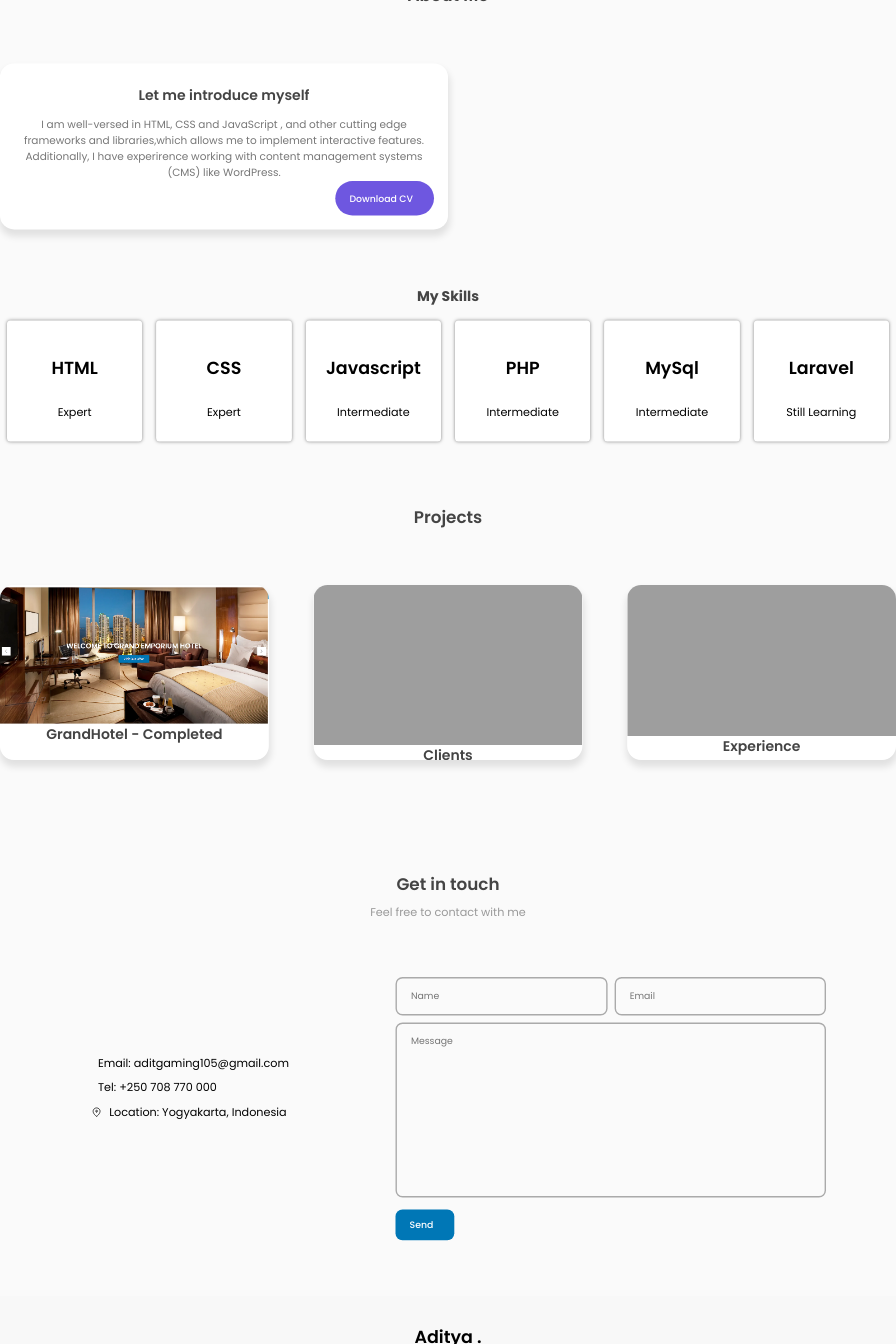
Repository: 4Kbrain/Portofolio
Page: index.html
An editor plug-in stored every save of this project. The page is shown before and after the next save, followed by the edit.
The browser window is 1280 px wide. The pictures show the part of the page from y = 824 to 2744 px (the page is 3000 px tall), at 70% of full size.
Pictures or frames that could not be fetched are drawn as grey boxes. Some icons come from a web library that is not loaded, so they are not drawn.

Above is the page before, as saved 2024-05-15 17:29:26.
Console error: ReferenceError: ScrollReveal is not defined

### index.html
<!DOCTYPE html>
<html lang="en">

<head>
    <meta charset="UTF-8">
    <meta name="viewport" content="width=device-width, initial-scale=1.0">
    <link rel="stylesheet" href="https://unicons.iconscout.com/release/v4.0.8/css/line.css">
    <link rel="stylesheet" href="assets/css/style.css">
    <link rel="shortcut icon" href="assets/img/favicon.png" type="image/x-icon">

    <title>Portfolio | Aditya</title>
</head>

<body>

    <div class="container">
        <!-- header -->
        <nav id="header">
            <div class="nav-logo">
                <a href="#home">
                    <p class="nav-name">Aditya</p>
                    <span>.</span>
                </a>
            </div>
            <div class="nav-menu" id="myNavMenu">
                <ul class="nav_menu_list">
                    <li class="nav_list">
                        <a href="#home" class="nav-link active-link">Home</a>
                        <div class="circle"></div>
                    </li>
                    <li class="nav_list">
                        <a href="#about" class="nav-link">About</a>
                        <div class="circle"></div>
                    </li>
                    <li class="nav_list">
                        <a href="#projects" class="nav-link">Projects</a>
                        <div class="circle"></div>
                    </li>
                    <li class="nav_list">
                        <a href="#contact" class="nav-link">Contact</a>
                        <div class="circle"></div>
                    </li>
                </ul>
            </div>
            <div class="nav-button">
                <a id="downloadCVButton" href="assets/CV/Aditya%20CV.pdf" download="CV.pdf" class="btn">Download CV <i
                        class="uil uil-file-alt"></i></a>
            </div>
            <div class="nav-menu-btn">
                <i class="uil uil-bars" onclick="myMenuFunction()"></i>
            </div>
        </nav>

        <!-- -------------- MAIN ---------------- -->
        <main class="wrapper">
            <!-- -------------- FEATURED BOX ---------------- -->
            <section class="featured-box" id="home">
                <div class="featured-text">
                    <div class="featured-text-card">
                        <span>Aditya Dwi Nugroho</span>
                    </div>
                    <div class="featured-name">
                        <p>I'm <span class="typedText"></span></p>
                    </div>
                    <div class="featured-text-info">
                        <p>I'm a beginner web developer with a passion for creating fully responsive websites. I'm eager to learn and grow in both front-end and back-end development.
                        </p>
                    </div>
                    <div class="featured-text-btn">
                        <button class="btn blue-btn">Contact Me</button>
                        <a id="downloadCVButton" href="assets/CV/Aditya%20CV.pdf" download="CV.pdf" class="btn">Download CV <i class="uil uil-file-alt"></i></a>

                    </div>
                    <div class="social_icons">
                        <div class="icon"><a href="https://www.instagram.com/allen.adityadn/"><i class="uil uil-instagram"></i></a></div>
                        <div class="icon"><a href="https://wa.me/0895339926715"><i class="uil uil-whatsapp"></i></a></div>
                        <div class="icon"><a href="https://github.com/4Kbrain"><i class="uil uil-github-alt"></i></a></div>

                    </div>
                </div>
                <div class="featured-image">
                    <div class="image">
                        <img src="assets/img/avatar.png" alt="avatar">
                    </div>
                </div>

    </div>

    </section>
    <!-- -------------- ABOUT BOX ---------------- -->
    <section class="section" id="about">
        <div class="top-header">
            <h1>About Me</h1>
        </div>
        <div class="row">
            <div class="col">
                <div class="about-info">
                    <h3>Let me introduce myself</h3>
                    <p>I am well-versed in HTML, CSS and JavaScript , and other cutting edge
                        frameworks and libraries,which allows me to implement interactive features.
                        Additionally, I have experirence working with content management systems (CMS) like
                        WordPress.
                    </p>
                    <div class="about-btn">
                        <a href="assets/CV/Aditya%20CV.pdf" download>
                            <button class="btn">Download CV <i class="uil uil-import"></i></button>
                          </a>

                    </div>
                </div>
            </div>
        </div>
    </section>

    <!-- Skills -->
<section class="skills" id="skills">

    <div class="skill" id="skill">
        <h1>My Skills</h1>
        <div class="content">
          <div class="flex">
            <div class="kotak" data-aos="flip-down" data-aos-delay="500">
              <div class="logo">
                <i class="fa-brands fa-html5"></i>
              </div>
              <div class="nama">HTML</div>
              <div class="ukuran">Expert</div>
            </div>
            <div class="kotak" data-aos="flip-right" data-aos-delay="500">
              <div class="logo">
                <i class="fa-brands fa-css3"></i>
              </div>
              <div class="nama">CSS</div>
              <div class="ukuran">Expert</div>
            </div>
            <div class="kotak" data-aos="flip-left" data-aos-delay="500">
              <div class="logo">
                <i class="fa-brands fa-js"></i>
              </div>
              <div class="nama">Javascript</div>
              <div class="ukuran">Intermediate</div>
            </div>
            <div class="kotak" data-aos="flip-up" data-aos-delay="500">
              <div class="logo">
                <i class="fa-brands fa-php"></i>
              </div>
              <div class="nama">PHP</div>
              <div class="ukuran">Intermediate</div>
            </div>
            <div class="kotak" data-aos="fade-up" data-aos-delay="500">
              <div class="logo">
                <i class="fa-solid fa-database"></i>
              </div>
              <div class="nama">MySql</div>
              <div class="ukuran">Intermediate</div>
            </div>
            <div class="kotak" data-aos="flip-down" data-aos-delay="500">
              <div class="logo">
                <i class="fa-brands fa-laravel"></i>
              </div>
              <div class="nama">Laravel</div>
              <div class="ukuran">Still Learning</div>
            </div>
          </div>
        </div>
      </div>

</section>



    <!-- -------------- PROJECT BOX ---------------- -->

    <section class="section" id="projects">
        <div class="top-header">
            <h1>Projects</h1>
        </div>
        <div class="project-container">
            <div class="project-box">
                <img src="assets/img/GrandHotel.png" alt="Grand Hotel Project" class="project-image">
                <h3>GrandHotel - Completed</h3>
                <label class="clear">A</label>
            </div>
            <div class="project-box">
                <img src="path/to/your/image2.jpg" alt="Project Image 2" class="project-image">
                <h3>Clients</h3>
                <label> </label>
            </div>
            <div class="project-box">
                <img src="path/to/your/image3.jpg" alt="Project Image 3" class="project-image">
                <h3>Experience</h3>
                <label>7+ Years in the field</label>
            </div>
        </div>
    </section>



  <!-- Contact me  -->

    <section class="section" id="contact">
        <div class="top-header">
            <h1>Get in touch</h1>
            <span>Feel free to contact with me</span>
        </div>
        <div class="row">
            <div class="col">
                <div class="contact-info">
                    <p><i class="uil uil-envelope"></i> Email: aditgaming105@gmail.com</p>
                    <p><i class="uil uil-phone"></i> Tel: +250 708 770 000</p>
                    <p><svg xmlns="http://www.w3.org/2000/svg" width="1em" height="1em" viewBox="0 0 24 24"><g fill="none" stroke="currentColor" stroke-linecap="round" stroke-linejoin="round" stroke-width="1.5"><path d="M12.56 20.82a.964.964 0 0 1-1.12 0C6.611 17.378 1.486 10.298 6.667 5.182A7.592 7.592 0 0 1 12 3c2 0 3.919.785 5.333 2.181c5.181 5.116.056 12.196-4.773 15.64"/><path d="M12 12a2 2 0 1 0 0-4a2 2 0 0 0 0 4"/></g></svg>Location: Yogyakarta, Indonesia</p>
                </div>
            </div>
            <div class="col">
                <div class="form-control">
                    <div class="form-inputs">
                        <input type="text" class="input-field" placeholder="Name">
                        <input type="text" class="input-field" placeholder="Email">
                    </div>
                    <div class="text-area">
                        <textarea placeholder="Message"></textarea>
                    </div>
                    <div class="form-button">
                        <button class="btn">Send <i class="uil uil-message"></i></button>
                    </div>
                </div>
            </div>
        </div>
    </section>

    </main>

    <!-- Footer -->
    <footer>
        <div class="top-footer">
            <p>Aditya .</p>
        </div>
        <div class="middle-footer">
            <ul class="footer-menu">
                <li class="footer_menu_list">
                    <a href="#home">Home</a>
                </li>
                <li class="footer_menu_list">
                    <a href="#about">About</a>
                </li>
                <li class="footer_menu_list">
                    <a href="#projects">Projects</a>
                </li>
                <li class="footer_menu_list">
                    <a href="#contact">Contact</a>
                </li>
            </ul>
        </div>
        <div class="footer-social-icons">
            <div class="icon"><i class="uil uil-instagram"></i></div>
            <div class="icon"><i class="uil uil-linkedin-alt"></i></div>
            <div class="icon"><i class="uil uil-dribbble"></i></div>
            <div class="icon"><i class="uil uil-github-alt"></i></div>
        </div>
        <div class="bottom-footer">
            <p>Copyright &copy; <a href="https://www.instagram.com/allen.adityadn/" style="text-decoration: none;">@allen.adityadn</a> - All rights reserved</p>
        </div>
    </footer>

    </div>

    <script src="https://unpkg.com/typed.js@2.0.16/dist/typed.umd.js"></script>
    <script src="assets/js/script.js"></script>
</body>

</html>

Loaded but not shown: assets/js/script.js (126 lines, source omitted); assets/css/style.css (741 lines, source omitted)

After the next save:
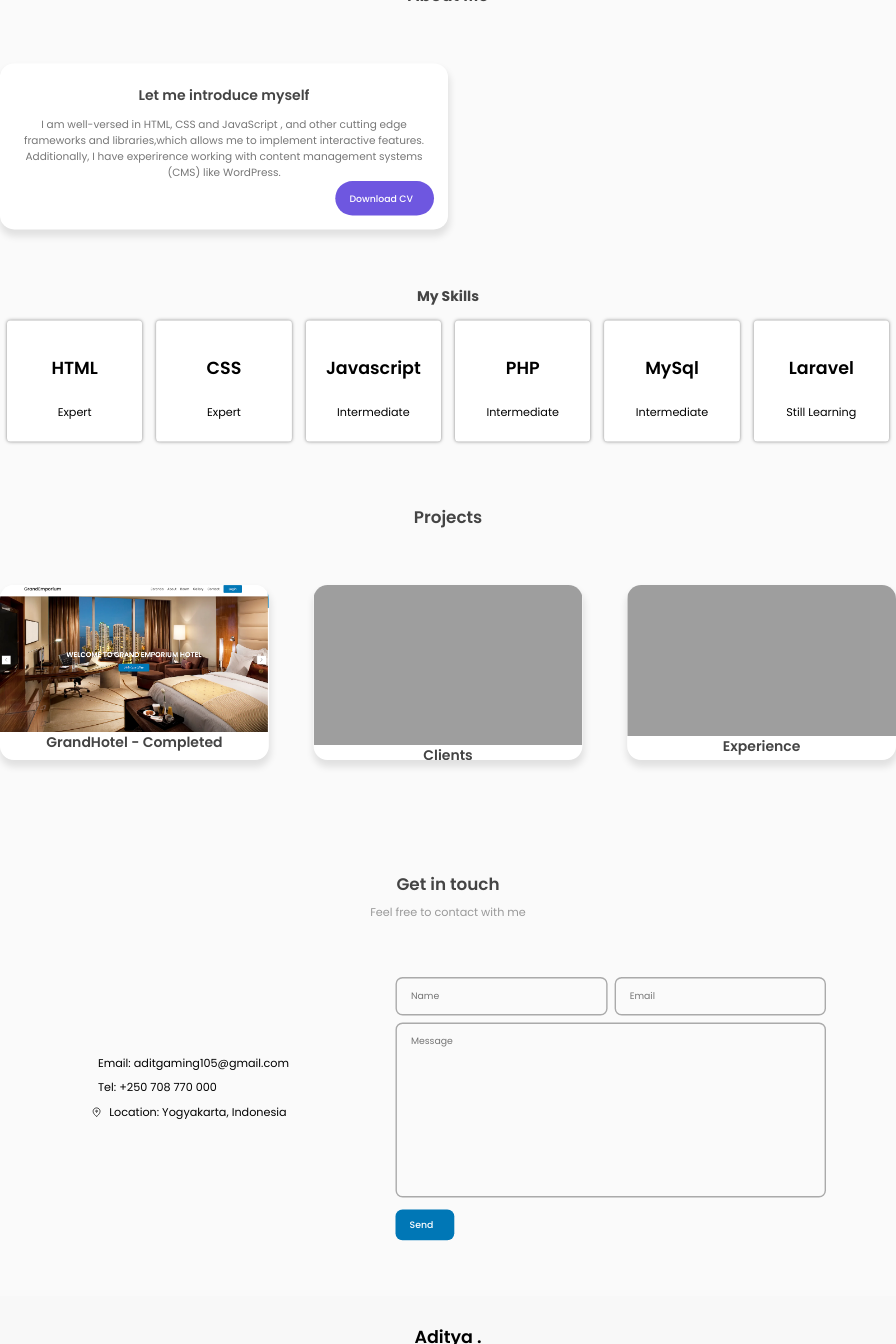
Saved 4 s later.
--- a/index.html
+++ b/index.html
@@ -179,7 +179,7 @@
             <div class="project-box">
                 <img src="assets/img/GrandHotel.png" alt="Grand Hotel Project" class="project-image">
                 <h3>GrandHotel - Completed</h3>
-                <label class="clear">A</label>
+                <label class="clear"> </label>
             </div>
             <div class="project-box">
                 <img src="path/to/your/image2.jpg" alt="Project Image 2" class="project-image">

After the save that followed:
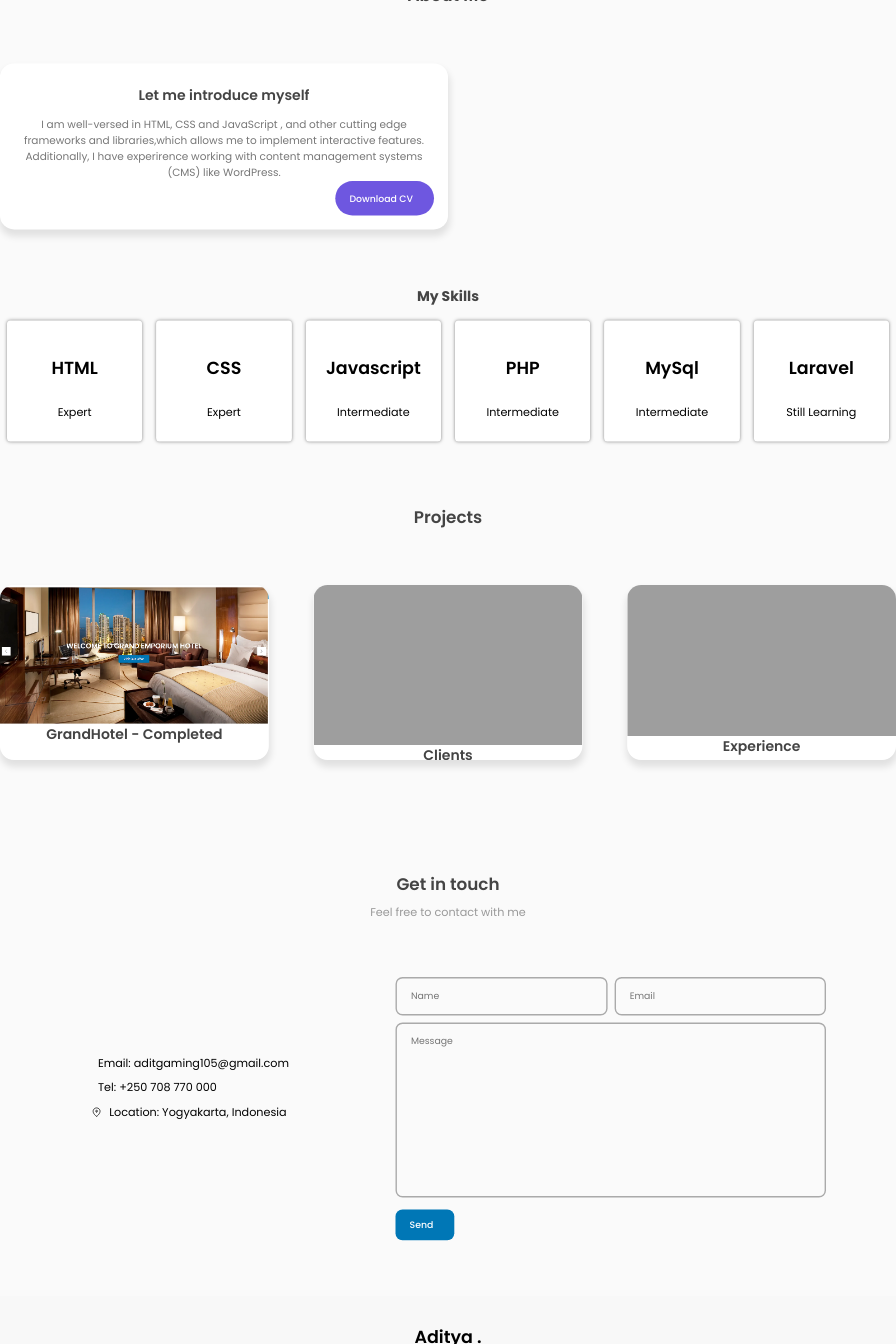
Saved 4 s later.
--- a/index.html
+++ b/index.html
@@ -179,7 +179,7 @@
             <div class="project-box">
                 <img src="assets/img/GrandHotel.png" alt="Grand Hotel Project" class="project-image">
                 <h3>GrandHotel - Completed</h3>
-                <label class="clear"> </label>
+                <label class="clear">-</label>
             </div>
             <div class="project-box">
                 <img src="path/to/your/image2.jpg" alt="Project Image 2" class="project-image">
